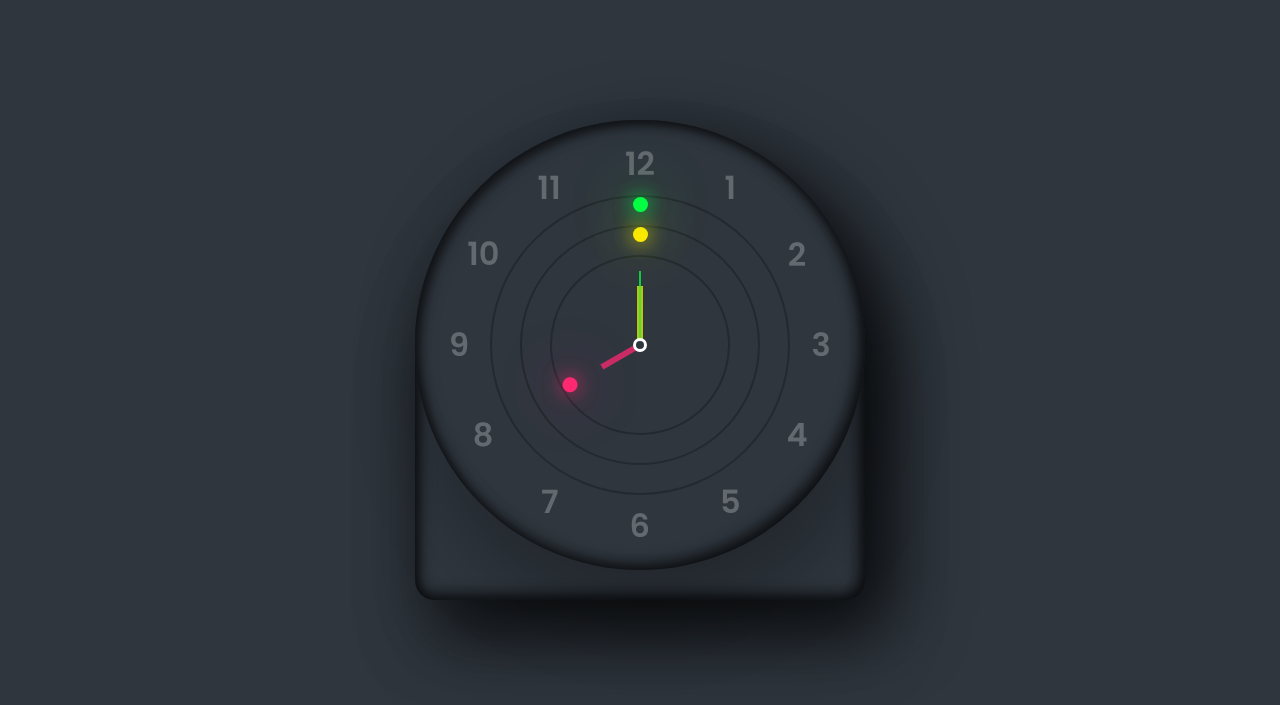
Repository: didierganthier/Clock-Design
Page: index.html
These files come from the project's save history. The page is drawn as it stood at one moment and after the next save; the edit follows.
The browser window is 1280 px wide. The pictures show the whole page.

Above is the page before, as saved 2022-06-26 00:48:47.
Console error: ReferenceError: mnn is not defined

### index.html
<!DOCTYPE html>
<html lang="en">
<head>
    <meta charset="UTF-8">
    <meta http-equiv="X-UA-Compatible" content="IE=edge">
    <meta name="viewport" content="width=device-width, initial-scale=1.0">
    <title>Clock</title>
    <link rel="stylesheet" href="styles.css">
</head>
<body>
    <div class="container">
        <div class="clock">

            <div class="circle" style="--clr:#04fc43;" id="sc"><i></i></div>
            <div class="circle circle2" style="--clr:#fee800;" id="mn"><i></i></div>
            <div class="circle circle3" style="--clr:#ff2972;" id="hr"><i></i></div>

            <span style="--i:1;"><b>1</b></span>
            <span style="--i:2;"><b>2</b></span>
            <span style="--i:3;"><b>3</b></span>
            <span style="--i:4;"><b>4</b></span>
            <span style="--i:5;"><b>5</b></span>
            <span style="--i:6;"><b>6</b></span>
            <span style="--i:7;"><b>7</b></span>
            <span style="--i:8;"><b>8</b></span>
            <span style="--i:9;"><b>9</b></span>
            <span style="--i:10;"><b>10</b></span>
            <span style="--i:11;"><b>11</b></span>
            <span style="--i:12;"><b>12</b></span>
        </div>
    </div>
    <script>
        let hr = document.querySelector('#hr');
        let mn = document.querySelector('#mn');
        let sc = document.querySelector('#sc');

        let day = new Date();
        let hh = day.getHours() * 30;
        let mm = day.getMinutes() * 6;
        let ss = day.getSeconds() * 6;

        hr.style.transform = `rotateZ(${hh*(mm/12)}deg)`;
        mnn.style.transform = `rotateZ(${mm}deg)`;
        sc.style.transform = `rotateZ(${ss}deg)`;
    </script>
</body>
</html>

### styles.css
@import url('https://fonts.googleapis.com/css?family=Poppins:200,300,400,500,600,700,800,900&display=swap');

* {
    margin: 0;
    padding: 0;
    box-sizing: border-box;
    font-family: 'Poppins', sans-serif;
}

body {
    display: flex;
    justify-content: center;
    align-items: center;
    min-height: 100vh;
    background: #2f363e;
}

.container {
    position: relative;
    background: #2f363e;
    /* min-height: 500px; */
    border-radius: 20px;
    border-top-left-radius: 225px;
    border-top-right-radius: 225px;
    box-shadow: 25px 25px 75px rgba(0, 0, 0, 0.75),
    10px 50px 70px rgba(0, 0, 0, 0.25),
    inset 5px 5px 10px rgba(0, 0, 0, 0.5),
    inset 5px 5px 20px rgba(0, 0, 0, 0.2),
    inset -5px -5px 15px rgba(0, 0, 0, 0.75);
    display: flex;
    justify-content: center;
    align-items: center;
}

.clock {
    position: relative;
    width: 450px;
    height: 450px;
    background: #2f363e;
    border-radius: 50%;
    box-shadow: 10px 50px 70px rgba(0, 0, 0, 0.25),
    inset 5px 5px 10px rgba(0, 0, 0, 0.5),
    inset 5px 5px 20px rgba(0, 0, 0, 0.2),
    inset -5px -5px 15px rgba(0, 0, 0, 0.75);
    display: flex;
    justify-content: center;
    align-items: center;
    margin-bottom: 30px;
}

.clock::before {
    content: '';
    position: absolute;
    width: 8px;
    height: 8px;
    background: #2f363e;
    border: 3px solid #fff;
    border-radius: 50%;
    z-index: 100000;
}

.clock span {
    position: absolute;
    inset: 20px;
    color: #fff;
    text-align: center;
    transform: rotate(calc(30deg * var(--i)));
}

.clock span b {
    font-size: 2em;
    opacity: 0.25;
    font-weight: 600;
    display: inline-block;
    transform: rotate(calc(-30deg * var(--i)));
}

.circle {
    position: absolute;
    width: 300px;
    height: 300px;
    border: 2px solid rgb(0, 0, 0, 0.25);
    border-radius: 50%;
    display: flex;
    justify-content: center;
    align-items: flex-start;
    z-index: 10;
}

.circle i {
    position: absolute;
    width: 6px;
    height: 50%;
    background: var(--clr);
    opacity: 0.75;
    transform-origin: bottom;
    transform: scaleY(0.5);
}

.circle:nth-child(1) i {
    width: 2px;
}

.circle:nth-child(2) i {
    width: 6px;
}


.circle2 {
    width: 240px;
    height: 240px;
    z-index: 9;
}

.circle3 {
    width: 180px;
    height: 180px;
    z-index: 8;
}

.circle::before {
    content: '';
    position: absolute;
    top: -0.5px;
    width: 15px;
    height: 15px;
    border-radius: 50%;
    background: var(--clr);
    box-shadow: 0 0 20px var(--clr), 0 0 60px var(--clr);
}

After the next save:
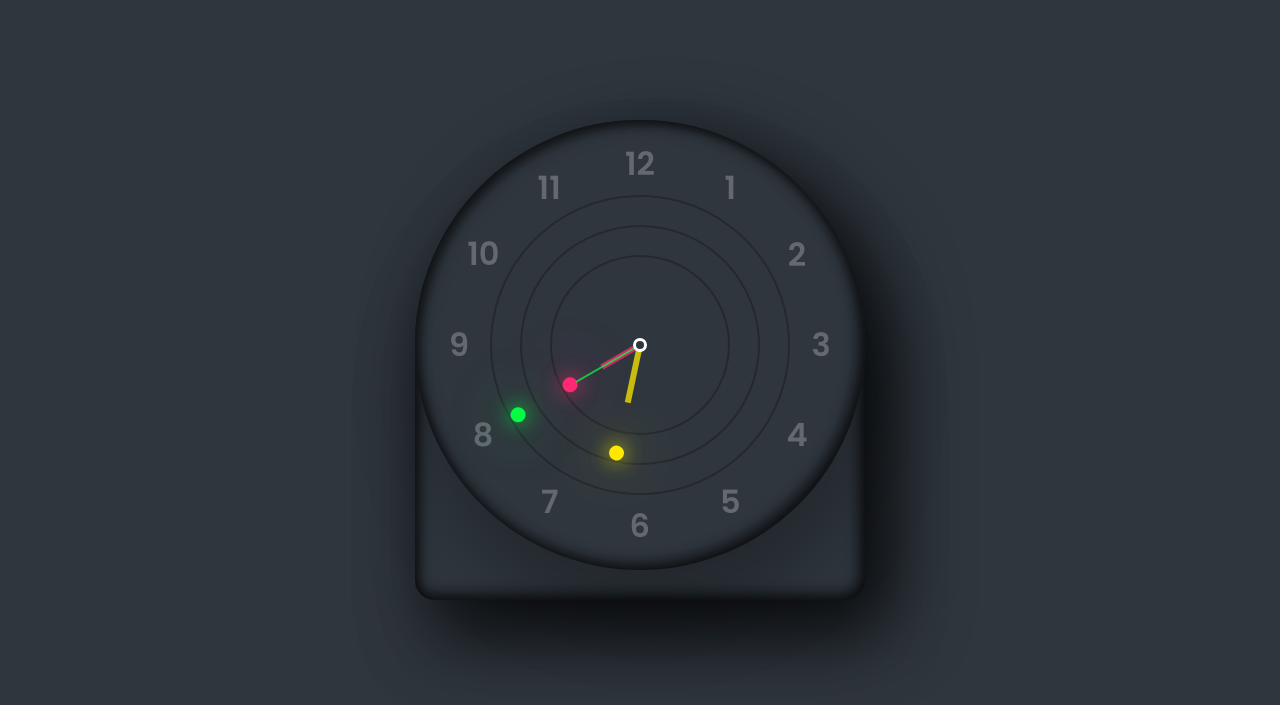
The error is gone.
Saved 65 s later.
--- a/index.html
+++ b/index.html
@@ -40,7 +40,7 @@
         let ss = day.getSeconds() * 6;
 
         hr.style.transform = `rotateZ(${hh*(mm/12)}deg)`;
-        mnn.style.transform = `rotateZ(${mm}deg)`;
+        mn.style.transform = `rotateZ(${mm}deg)`;
         sc.style.transform = `rotateZ(${ss}deg)`;
     </script>
 </body>
